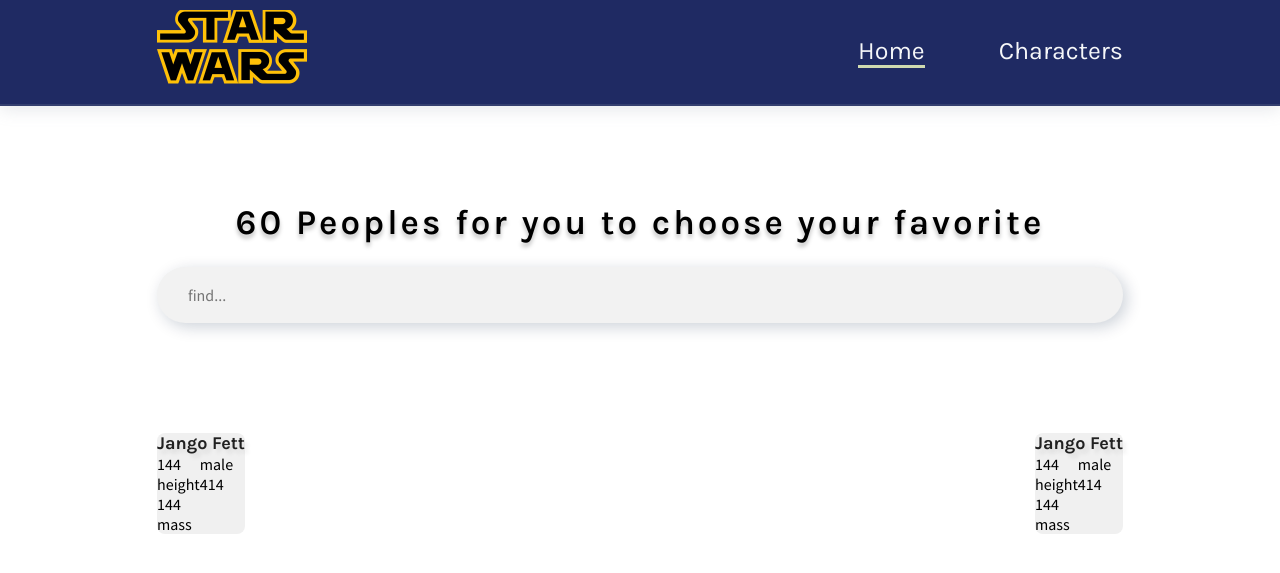
Repository: Alexey2236/starwars
Page: /characters
These files come from the project's save history. The page is drawn as it stood at one moment and after the next save; the edit follows.
The browser window is 1280 px wide. The pictures show the whole page.
The project was rebuilt for these pictures with package versions that can differ from the ones it lists, and the page was loaded fresh each time. Also part of the build but not shown: src/pages/homePage/homePage.css, src/pages/homePage/HomePage.jsx, src/pages/errorPage/ErrorPage.jsx.

Above is the page before, as saved 2022-10-28 15:46:55.

### src/index.css
@import url("https://fonts.googleapis.com/css2?family=Karla:wght@200;300;400;500;600;700;800&family=Source+Sans+Pro&display=swap");
body {
  font-family: "Karla", sans-serif;
  font-family: "Source Sans Pro", sans-serif;
  padding: 0;
  margin: 0;
}
* {
  box-sizing: border-box;
  text-decoration: none;
}

.container {
  max-width: 1125px;
  margin: 0 auto;
}

### src/App.js
import { BrowserRouter, Routes, Route } from "react-router-dom";
import HomePage from "./pages/homePage/HomePage";
import CharactersPage from "./pages/charactersPage/CharactersPage";
import ErrorPage from "./pages/errorPage/ErrorPage";
import Header from "./components/header/Header";
function App() {
  return (
    <BrowserRouter>
      <div className="App">
        <Header />
        <Routes>
          <Route exact path="/" element={<HomePage />} />
          <Route exact path="/characters" element={<CharactersPage />} />
          <Route path="*" element={<ErrorPage />} />
        </Routes>
      </div>
    </BrowserRouter>
  );
}

export default App;

### src/pages/charactersPage/CharactersPage.jsx
import "./characters.css";
function CharactersPage() {
  return (
    <div className="characters-page">
      <h1 className="char-title">60 Peoples for you to choose your favorite</h1>
      <input className="char-search" type="text" placeholder="find..." />
      <div className="char-list">
        <div className="char-card">
          <div className="name">Jango Fett</div>
          <div className="char-options">
            <div className="height">
              <div className="height-value">144</div>
              <div className="height-name">height</div>
              <div className="mass">
                <div className="mass-value">144</div>
                <div className="mass-name">mass</div>
              </div>
            </div>
            <div className="age-gender">
              <div className="gender">male</div>
              <div className="age">414</div>
            </div>
          </div>
        </div>
        <div className="char-card">
          <div className="name">Jango Fett</div>
          <div className="char-options">
            <div className="height">
              <div className="height-value">144</div>
              <div className="height-name">height</div>
              <div className="mass">
                <div className="mass-value">144</div>
                <div className="mass-name">mass</div>
              </div>
            </div>
            <div className="age-gender">
              <div className="gender">male</div>
              <div className="age">414</div>
            </div>
          </div>
        </div>

      </div>
    </div>
  );
}

export default CharactersPage;

### src/components/header/Header.jsx
import { Link } from "react-router-dom";
import logo from "../../img/logo.png";
import './header.css'
function Header() {
  return (
    <div className="header">

        <Link className="logo" to="/">
        <img src={logo} alt="" />
      </Link>
      <div className="nav">
        <Link className="header-link active" to="/">
          Home
        </Link>
        <Link className="header-link" to="/characters">
          Characters
        </Link>
      </div>
    </div>
  );
}

export default Header;

### src/pages/charactersPage/characters.css
.characters-page {
  padding: 73px 157px 0 157px;
  display: flex;
  flex-direction: column;
}

.char-title {
  font-family: "Karla";
  font-style: normal;
  font-weight: 600;
  font-size: 35px;
  line-height: 41px;
  text-align: center;
  letter-spacing: 3px;
  color: #000000;
  text-shadow: 0px 4px 4px rgba(0, 0, 0, 0.25);
}

.char-search {
  margin-top: 36px auto;
  padding: 18px 896px 18px 31px;
  background: #f2f2f2;
  border: none;
  box-shadow: 4px 4px 16px rgba(1, 28, 64, 0.2);
  border-radius: 40px;
  font-family: "Source Sans Pro";
  font-style: normal;
  font-weight: 400;
  font-size: 16px;
  line-height: 20px;
  color: rgba(33, 33, 33, 0.8);
}

.char-list {
  margin-top: 110px;
  display: flex;
  justify-content: space-between;
  flex-wrap: wrap;
}

.char-card {
  background: #f0f0f0;
  border-radius: 8px;
}

.name {
  font-family: "Karla";
  font-style: normal;
  font-weight: 700;
  font-size: 18px;
  line-height: 21px;
  color: #212121;
  text-shadow: 4px 4px 4px rgba(33, 33, 33, 0.1);
}

.char-options{
    display: flex;
}

### src/components/header/header.css
.header {
  display: flex;
  align-items: center;
  justify-content: space-between;
  padding: 10px 157px;
  background: #1f2a63;
  box-shadow: 0px 4px 16px rgba(136, 146, 160, 0.2);
  border-bottom: 2px solid rgba(136, 146, 160, 0.2);
}

.nav {
  display: flex;
  column-gap: 74px;
}

.header-link {
  font-family: "Karla";
  font-style: normal;
  font-weight: 400;
  font-size: 25px;
  line-height: 29px;

  color: #f6f7f9;
}

.active {
  border-bottom: 3px solid #cfdab0;
}

Loaded but not shown: public/index.html (common file); src/index.js (common file)

After the next save:
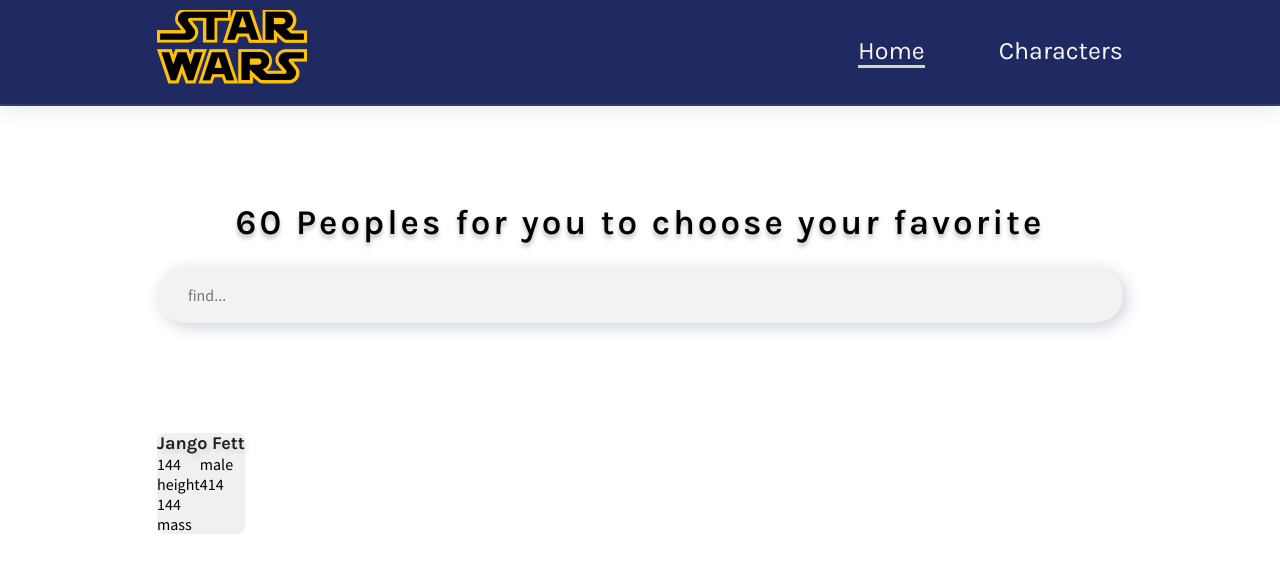
Saved 8 s later.
--- a/src/pages/charactersPage/CharactersPage.jsx
+++ b/src/pages/charactersPage/CharactersPage.jsx
@@ -22,23 +22,6 @@
             </div>
           </div>
         </div>
-        <div className="char-card">
-          <div className="name">Jango Fett</div>
-          <div className="char-options">
-            <div className="height">
-              <div className="height-value">144</div>
-              <div className="height-name">height</div>
-              <div className="mass">
-                <div className="mass-value">144</div>
-                <div className="mass-name">mass</div>
-              </div>
-            </div>
-            <div className="age-gender">
-              <div className="gender">male</div>
-              <div className="age">414</div>
-            </div>
-          </div>
-        </div>
 
       </div>
     </div>
